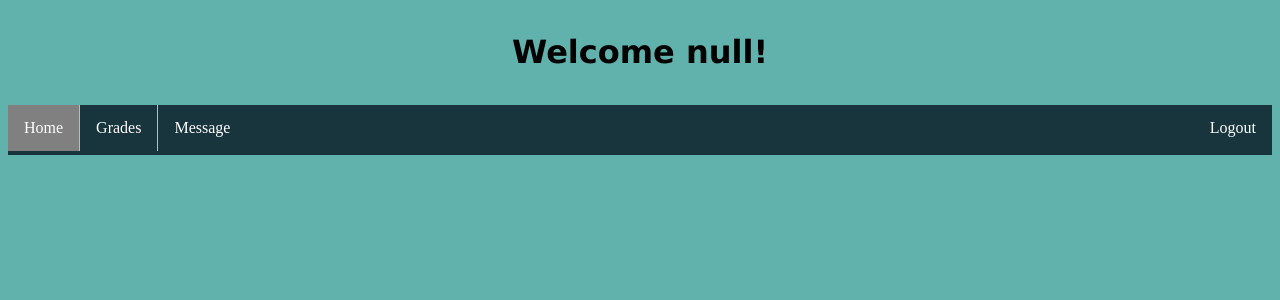
Repository: orsolyanemet/WebProject
Page: http://localhost/Project/userhome.jsp
An editor plug-in stored every save of this project. The page is shown before and after the next save, followed by the edit.
The browser window is 1280 px wide. The pictures show the whole page.
The page is served by Tomcat 9. Nobody is signed in. The application's start-up code is not run.

Above is the page before, as saved 2018-06-11 20:47:26.

After the next save:
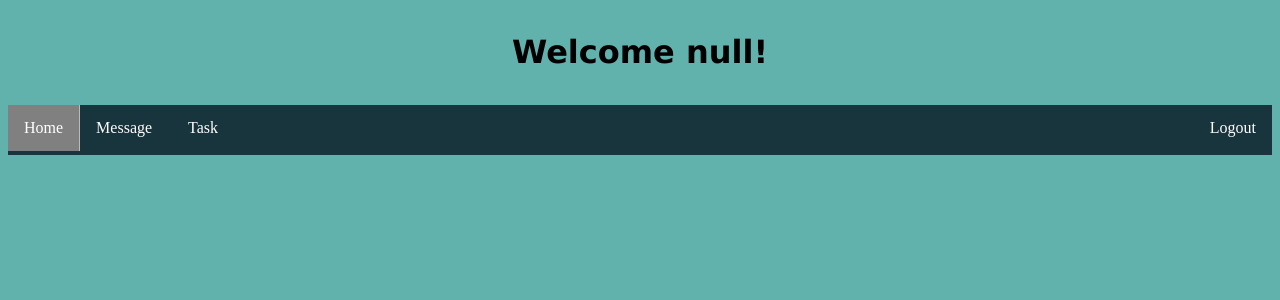
Saved 2 min 10 s later.
--- a/Project/WebContent/userhome.jsp
+++ b/Project/WebContent/userhome.jsp
@@ -21,7 +21,13 @@
 				</div>
 			</li>
 		</div>
-		<li><a href="">Grades</a></li>
+		<div class="dropdown">
+			<li class="dropbtn"><a href="">Task</a>
+				<div class="dropdown-content">
+					<a href="admin/Send.jsp">Send</a> <a href="admin/Inbox.jsp">Inbox</a>
+				</div>
+			</li>
+		</div>
 		<li class="right" onclick="logout('')"><a href="">Logout</a></li>
 	</ul>
 </body>
